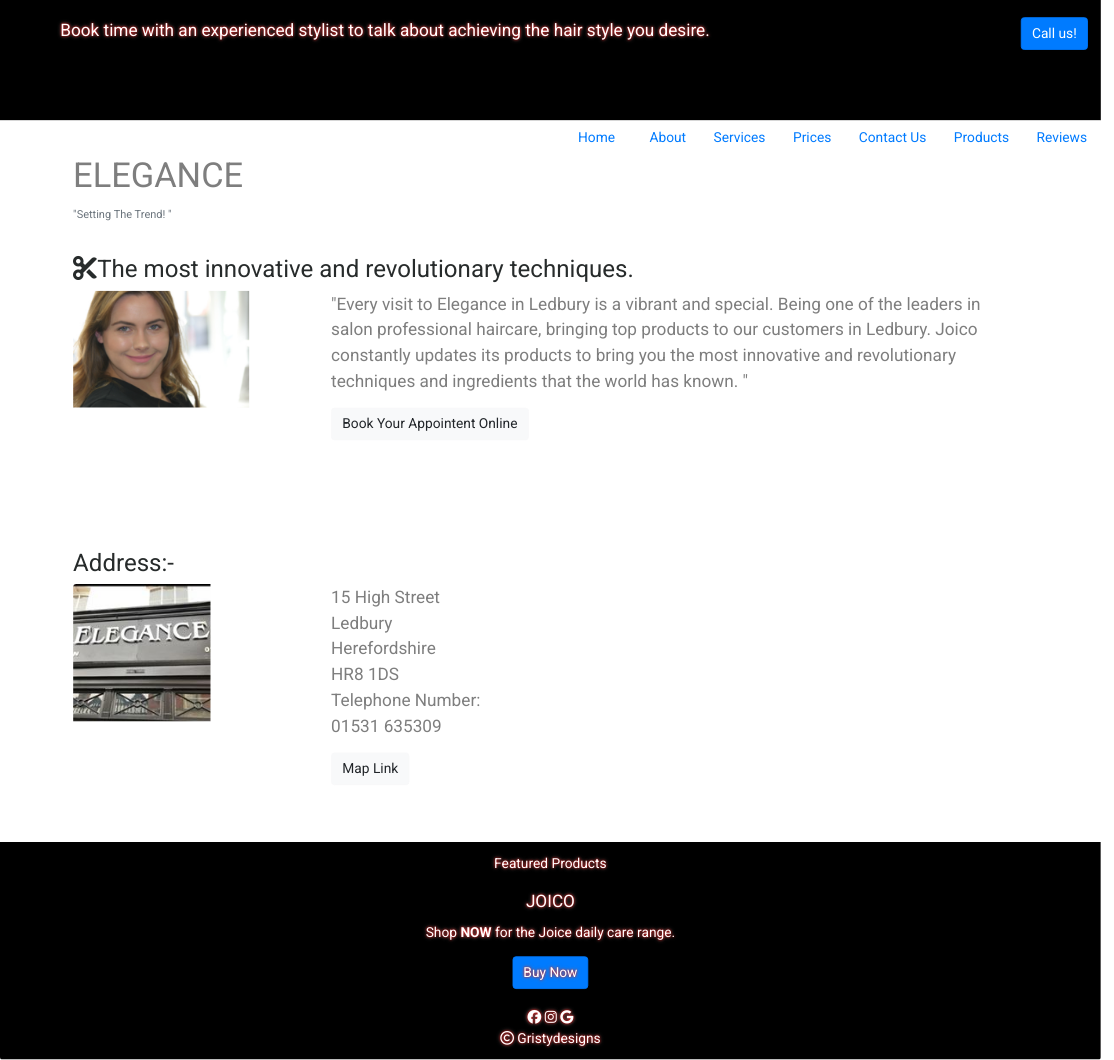
Repository: Gristydesigns/elegance-salon
Page: index.html
The author's editor kept a record of every edit. The page is drawn from the files as they stood at one moment, then again after the next edit.
The browser window is 1280 px wide. The page is 1295 px wide, so the pictures cover 1295 px, including what lies to the right of the window. The pictures show the whole page, at 86% of full size.
Some web libraries are served in a nearby version.

Above is the page before.
Console error: TypeError: Cannot read properties of undefined (reading 'fn')

After the next edit:
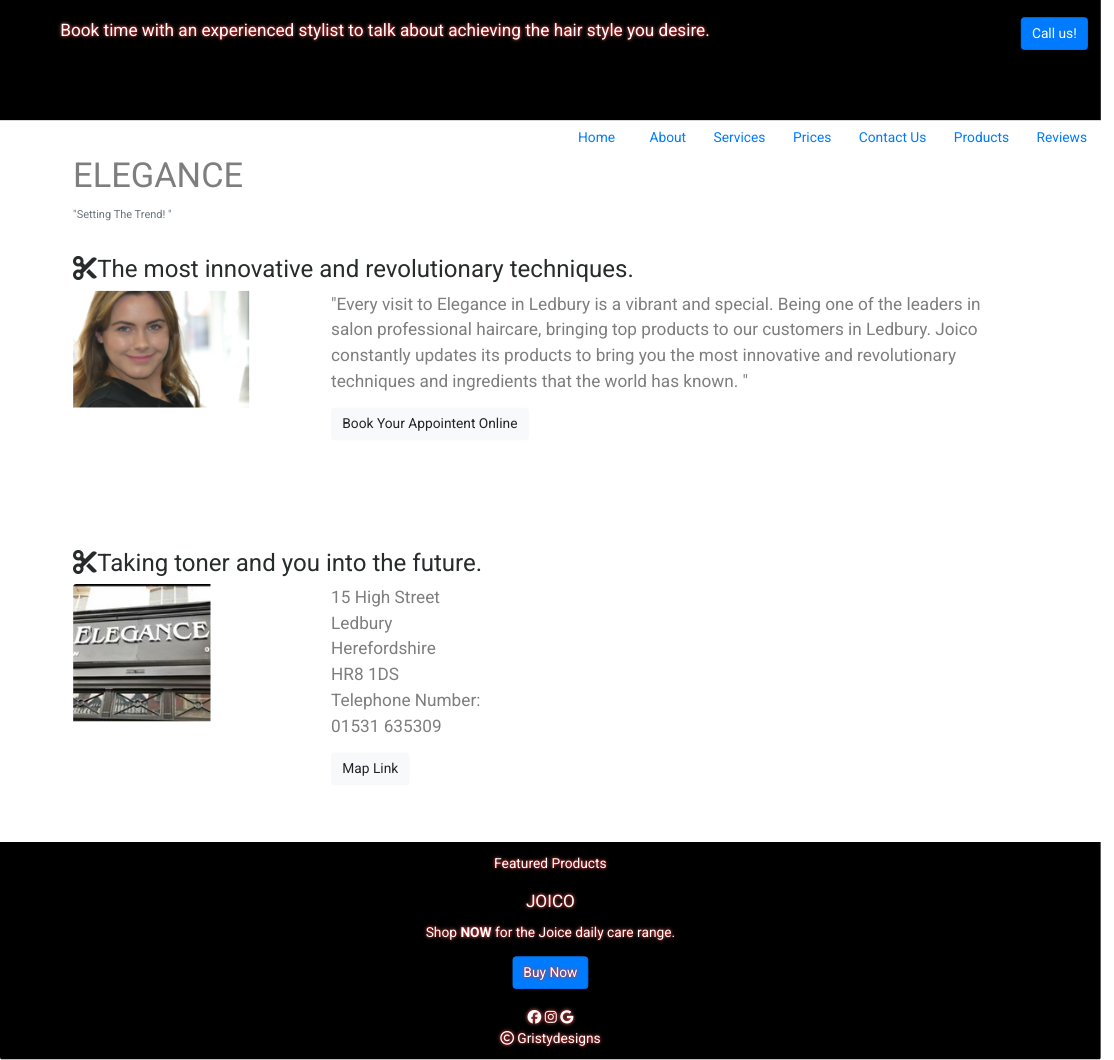
The edit:
--- a/index.html
+++ b/index.html
@@ -93,7 +93,7 @@
  <div class="container headliner ">
  <div class="row ">
    <div class="col-12 ">
-     <h3 class="text ">Address:-</h3>
+     <h3 class="text "><i class="fas fa-cut"></i>Taking toner and you into the future.</h3>
        <div class="media ">
           <img src="image/shop.jpg " class="img-fluid rounded " alt="Responsive image ">
            </div>
